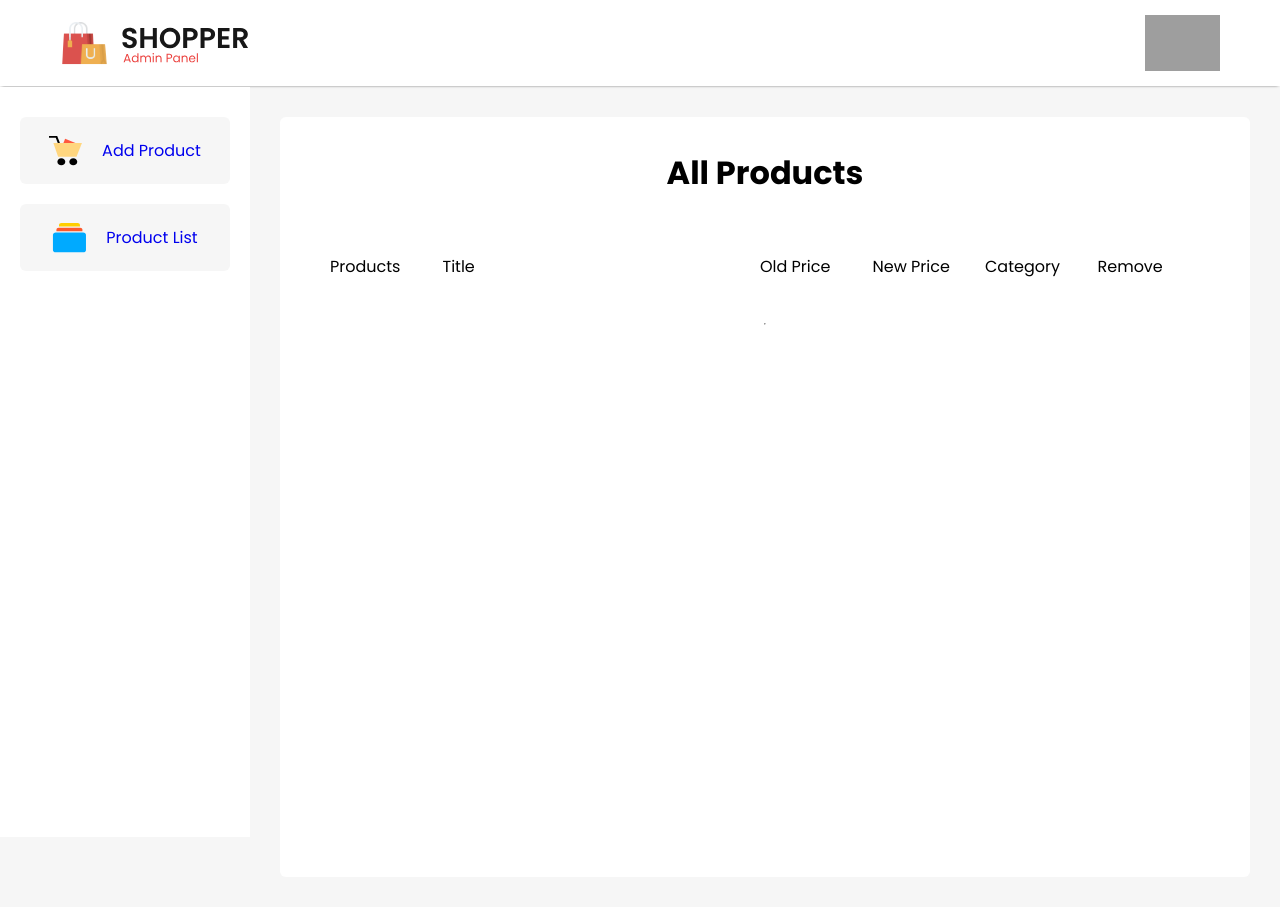
Repository: AiTrinh303/Simple-Shop
Page: /listproduct (app in admin/)
The author's editor kept a copy of each file at every save. The page is drawn from the files as they stood at one save, then again after a run of saves.
The browser window is 1280 px wide. The pictures show the whole page.
Pictures or frames that could not be fetched are drawn as grey boxes. The page's requests for data from a server got no answer. The project was rebuilt for these pictures with package versions that can differ from the ones it lists, and the page was loaded fresh each time. No one was signed in, and anything a server would have sent is missing. Also part of the build but not shown: admin/vite.config.js, admin/src/Components/AddProduct/AddProduct.css, admin/src/Components/AddProduct/AddProduct.jsx.

Above is the page before, as saved 2024-07-05 22:31:30.

After the next 5 saves:
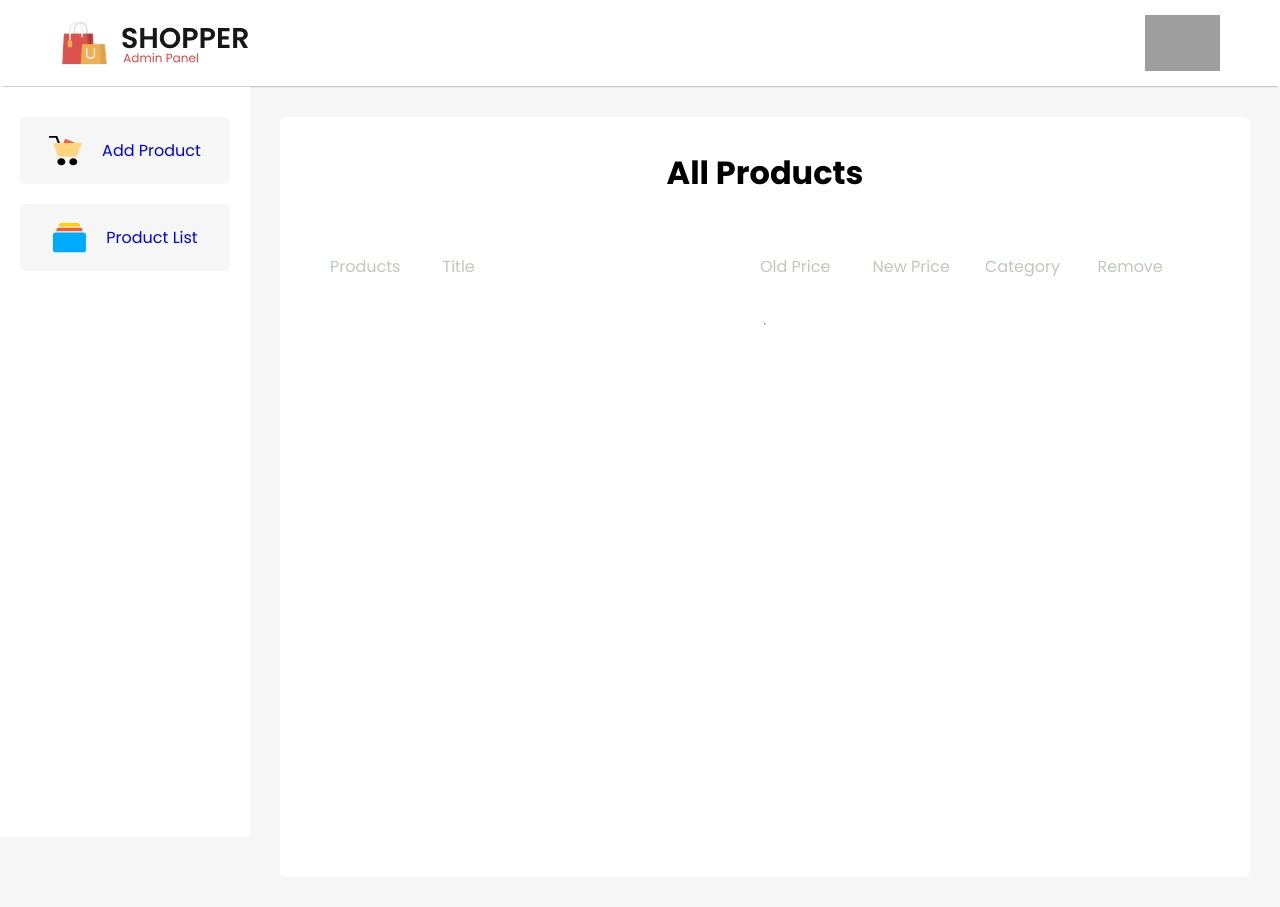
The 5 saves are shown as one change because they came seconds apart.
The last was saved 43 s later.
--- a/admin/src/Components/ListProduct/ListProduct.css
+++ b/admin/src/Components/ListProduct/ListProduct.css
@@ -16,4 +16,5 @@
     gap: 10px;
     width: 100%;
     padding: 20px 0px;
+    color: #4545
 }
